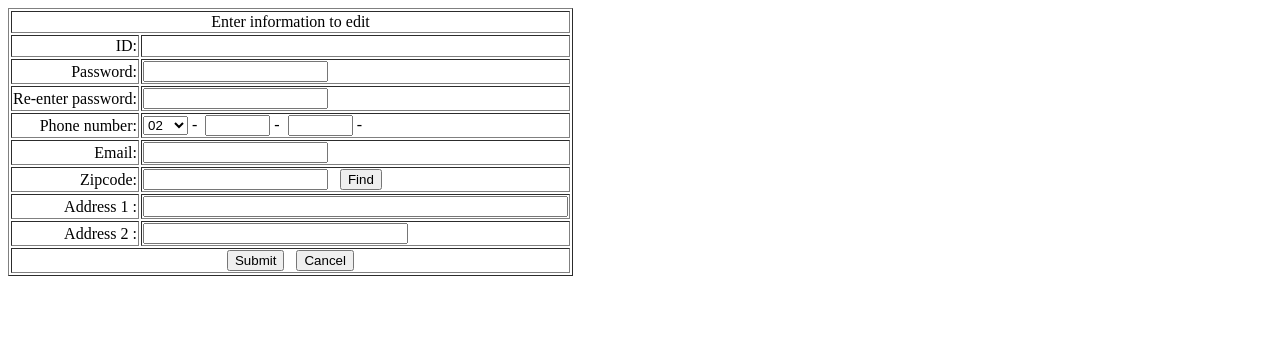
Repository: tomaters/servlets-JSP
Page: http://localhost/jsptest/mvcMem/modifyForm.jsp
These files come from the project's save history. The page is drawn as it stood at one moment and after the next save; the edit follows.
The browser window is 1280 px wide. The pictures show the whole page.
The page is served by Tomcat 10. Other server files are loaded and not shown.

Above is the page before, as saved 2023-12-11 05:41:12.

### jsptest/src/main/webapp/mvcMem/modifyForm.jsp
<%@ page language="java" contentType="text/html; charset=UTF-8"
    pageEncoding="UTF-8"%>
<html>
<head>
<meta charset="UTF-8">
<title>Modify information</title>
<link href="css/style.css" type="test/css" rel="stylesheet"/>
<script type="text/javascript" src="script.js"></script>
</head>
<body>
	<form method="post" action="member.mdo?cmd=modifyProc" name="regForm">
		<table border="1">
			<tr><td colspan="2" align="center">Enter information to edit</td></tr>
			<tr>
				<td align="right">ID: </td>
				<td><input type="hidden" name="id" value="${id}" />
				<c:out value="${id}"/></td>
			</tr>
			<tr>
				<td align="right"> Password: </td>
				<td><input type="password" name="pass" value="${pass}" />
				</td>
			</tr>
			<tr>
				<td align="right">Re-enter password: </td>
				<td><input type="password" name="repass" value="${pass}" />
				</td>
			</tr>
			<tr>
				<td align="right">Phone number: </td>
				<td><select name="phone1">
					<option value="02" ${phone1 eq '02' ? "selected='selected'" : 'null'}>02</option>
					<option value="010" ${phone1 eq '010' ? "selected='selected'" : 'null'}>010</option>
					<option value="031" ${phone1 eq '031' ? "selected='selected'" : 'null'}>031</option>
					<option value="032" ${phone1 eq '032' ? "selected='selected'" : 'null'}>032</option>
				</select>&nbsp;-&nbsp;
				<input type="text" name="phone2" size="5" value="${phone2}"/>&nbsp;-&nbsp;
				<input type="text" name="phone3" size="5" value="${phone3}"/>&nbsp;-&nbsp;
			</td></tr>
			<tr>
				<td align="right">Email: </td>
				<td><input type="text" name="email" value="${email}"/></td>
			</tr>
			<tr>
				<td align="right">Zipcode: </td>
				<td><input type="text" name="zipcode" size="20" value="${zipcode}" /> &nbsp;
				<input type="button" value="Find" onClick="zipCheck()"/></td>
			</tr>
			<tr>
				<td align="right" >Address 1 :</td>
				<td><input type="text" name="address1" size="50" value="${address1}"/></td></tr>
 			<tr>
				<td align="right" >Address 2 :</td>
				<td><input type="text" name="address2" size="30" value="${address2}"/></td>
			</tr>
 			<tr>
				<td colspan="2" align="center" >
				<input type="button" value="Submit" onClick="inputCheck()"/>&nbsp;&nbsp;
				<input type="button" value="Cancel" onclick="javascript:window.location='member.mdo?cmd=login'"/>
			</td></tr>
		</table>
	</form>
</body>
</html>

### jsptest/src/main/webapp/mvcMem/script.js
function idCheck(id) {
	if (id == "") {
		alert("Enter ID.");
		document.regForm.id.focus();
	} else {
		url = "member.mdo?cmd=idCheck&id=" + id;
		window.open(url, "post", "width=300,height=150");
	}
}

function zipCheck() {
	url = "member.mdo?cmd=zipCheck&check=y";
	window.open(url, "post", "toolbar=no, width=500, height=300, directories = no, status = yes, scrollbars = yes, menubar = no");
}

function inputCheck() {
	var theForm = document.regForm;
	if (!theForm.id.value) {
		alert("Enter ID");
		theForm.id.focus();
		return;
	}
	if (!theForm.pass.value) {
		alert("Enter password");
		theForm.pass.focus();
		return;
	}
	if (!theForm.repass.value) {
		alert("Check password");
		theForm.repass.focus();
		return;
	}
	if (theForm.repass.value != theForm.pass.value) {
		alert("Passwords do not match");
		theForm.repass.focus();
		return;
	}
	if (!theForm.name.value) {
		alert("Enter name");
		theForm.name.focus();
		return;
	}
	if (!theForm.phone1.value) {
		alert("Enter first digits of phone");
		theForm.phone1.focus();
		return;
	}
	if (!theForm.phone2.value) {
		alert("Enter middle digits of phone");
		theForm.phone2.focus();
		return;
	}
	if (!theForm.phone3.value) {
		alert("Enter last digits of phone");
		theForm.phone3.focus();
		return;
	}
	if (!theForm.email.value) {
		alert("Enter email address");
		theForm.email.focus();
		return;
	}
	var regExp = /^[0-9a-zA-Z]([-_.]?[0-9a-zA-Z])*@[0-9a-zA-Z]([-_.]?[0-9a-zA-Z])*.[a-zA-Z]{2,3}$/i;
	if (!regExp.test(theForm.email.value)) {
		alert("Check email address");
		theForm.email.focus();
		return;
	}
	if (!theForm.zipcode.value) {
		alert("Enter zipcode");
		theForm.zipcode.focus();
		return;
	}
	if (!theForm.address1.value) {
		alert("Enter address 1");
		theForm.address1.focus();
		return;
	}
	if (!theForm.address2.value) {
		alert("Enter address 2");
		theForm.address2.focus();
		return;
	}
	theForm.submit();
}

After the next save:
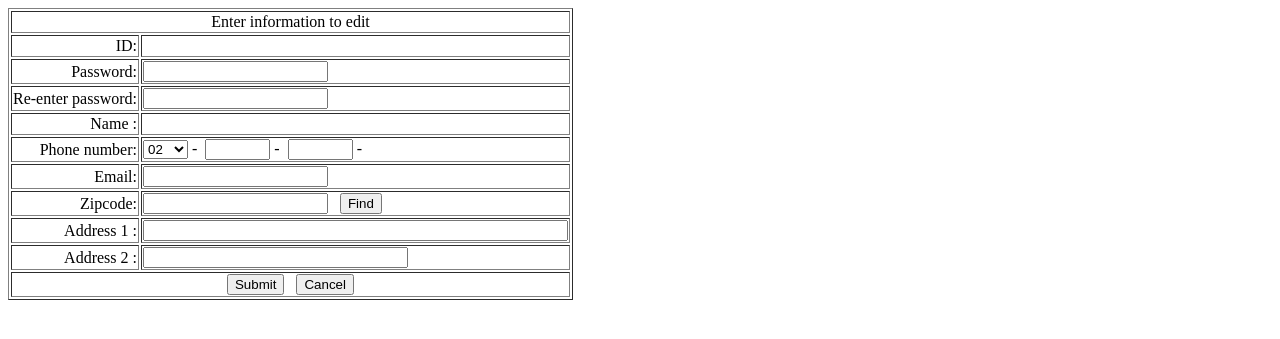
Saved 47 s later.
--- a/jsptest/src/main/webapp/mvcMem/modifyForm.jsp
+++ b/jsptest/src/main/webapp/mvcMem/modifyForm.jsp
@@ -26,6 +26,10 @@
 				<td><input type="password" name="repass" value="${pass}" />
 				</td>
 			</tr>
+			<tr>
+			<td align="right" >Name :</td>
+				<td><input type="hidden" name="name" value="${name}"/>
+				<c:out value="${name}"/></td></tr>
 			<tr>
 				<td align="right">Phone number: </td>
 				<td><select name="phone1">
